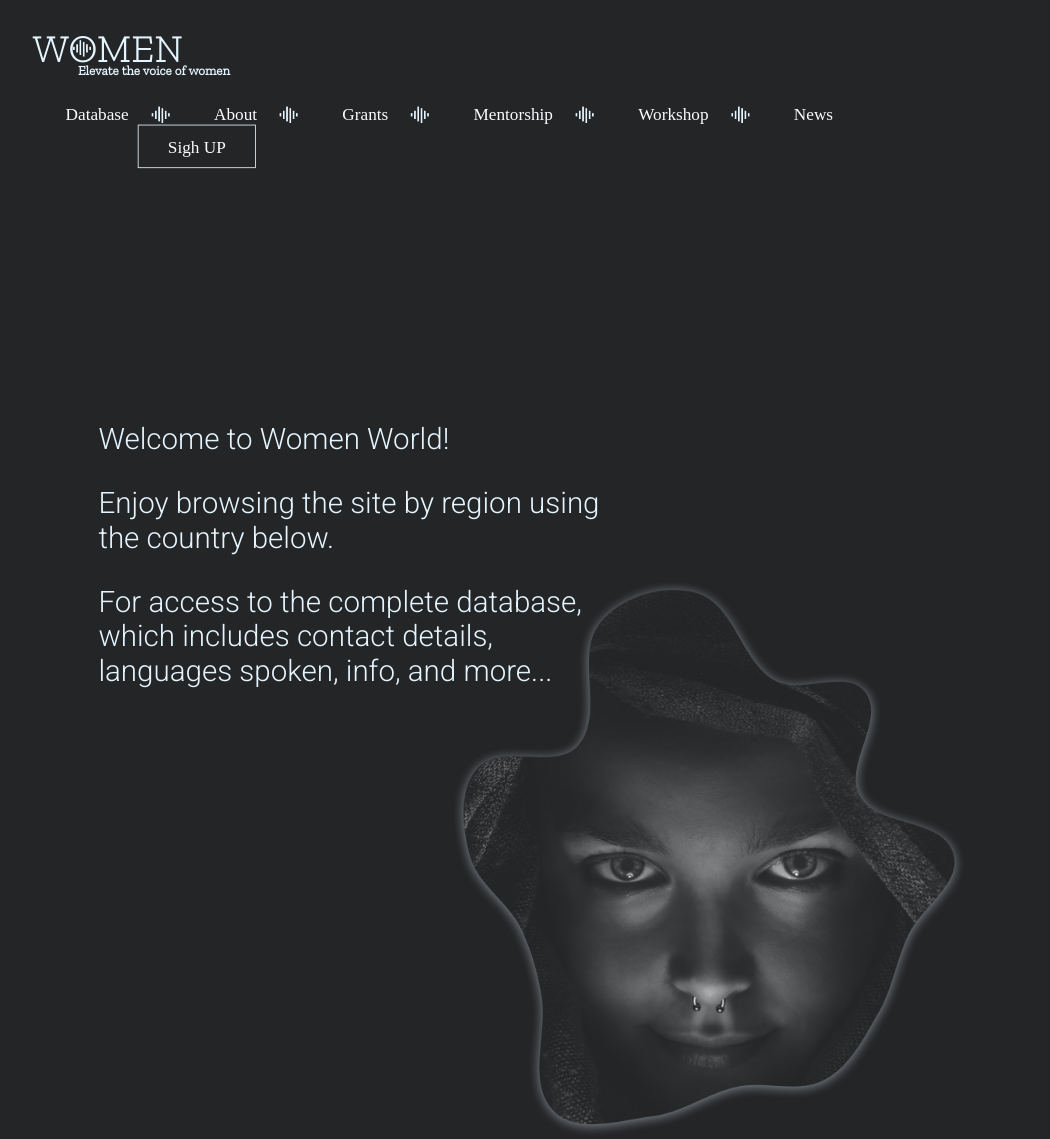
Repository: AndreyMykulych/user_home_work_Mykulych
Page: 5/index.html
These files come from the project's save history. The page is drawn as it stood at one moment and after the next save; the edit follows.
The browser window is 1280 px wide. The pictures show the whole page, at 82% of full size.

Above is the page before, as saved 2023-03-04 20:50:35.

After the next save:
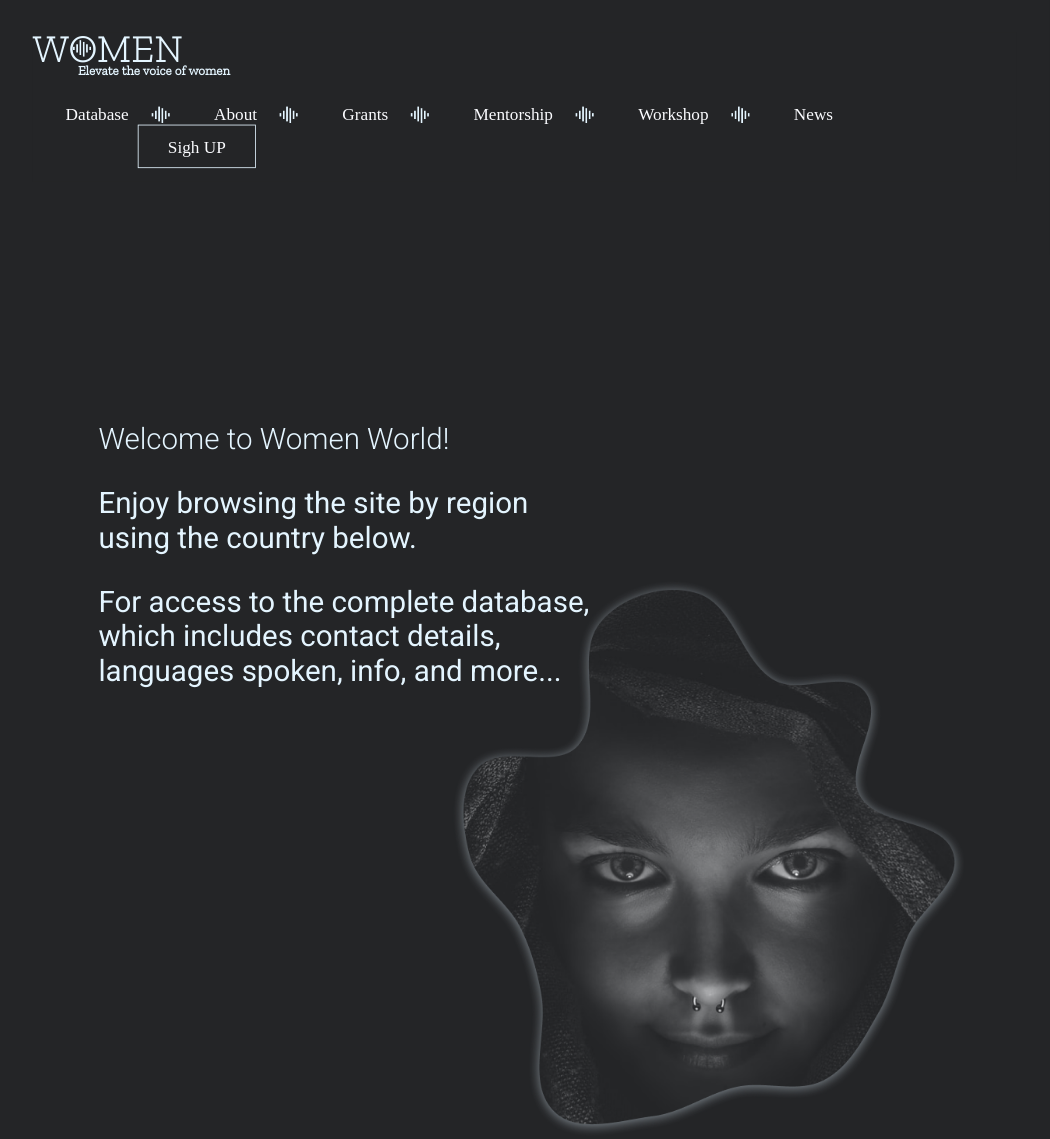
Saved 4 s later.
--- a/5/style/index.css
+++ b/5/style/index.css
@@ -122,7 +122,7 @@ font-family: 'Zilla Slab', serif;
 .text_block p{
     font-family: 'Roboto',sans-serif;
     font-style: normal;
-    font-weight: 300;
+    font-weight: 400;
     font-size: 36px;
     line-height: 42px;
     color: #E4F5FF;
